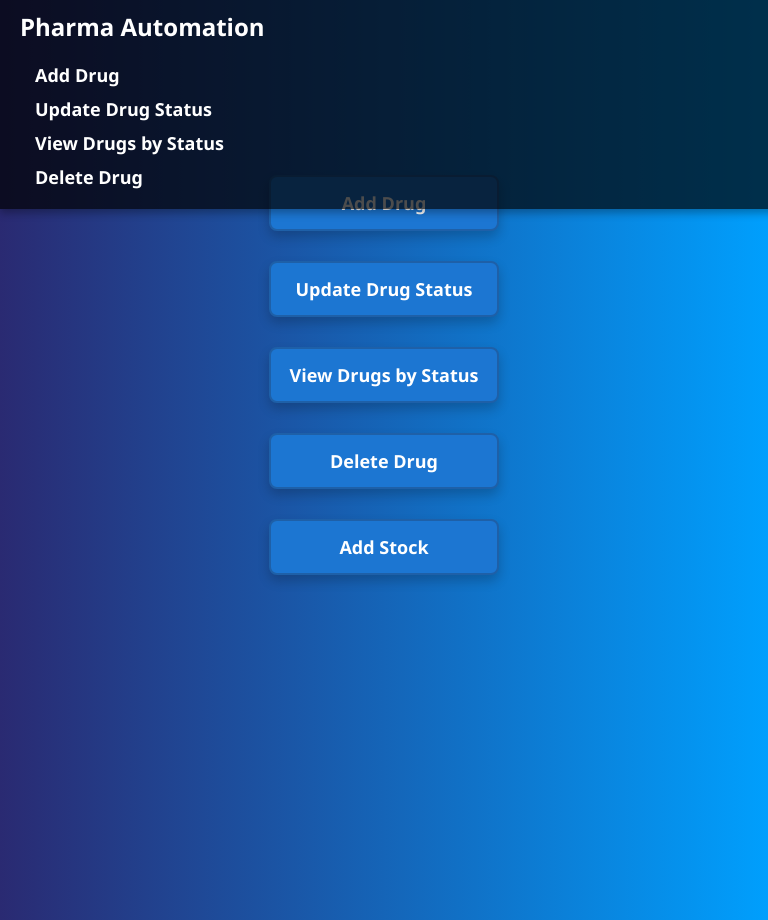
Repository: Clarrieous/Infosys-intern
Page: http://localhost/index
The author's editor kept a copy of each file at every save. The page is drawn from the files as they stood at one save, then again after the next save.
The browser window is 768 px wide. The pictures show the whole page.
The page is this project's Thymeleaf template; nobody is signed in. The template is opened directly, without the code that normally fills it, so the values that code supplies are empty.

Above is the page before, as saved 2024-12-08 12:33:30.

After the next save:
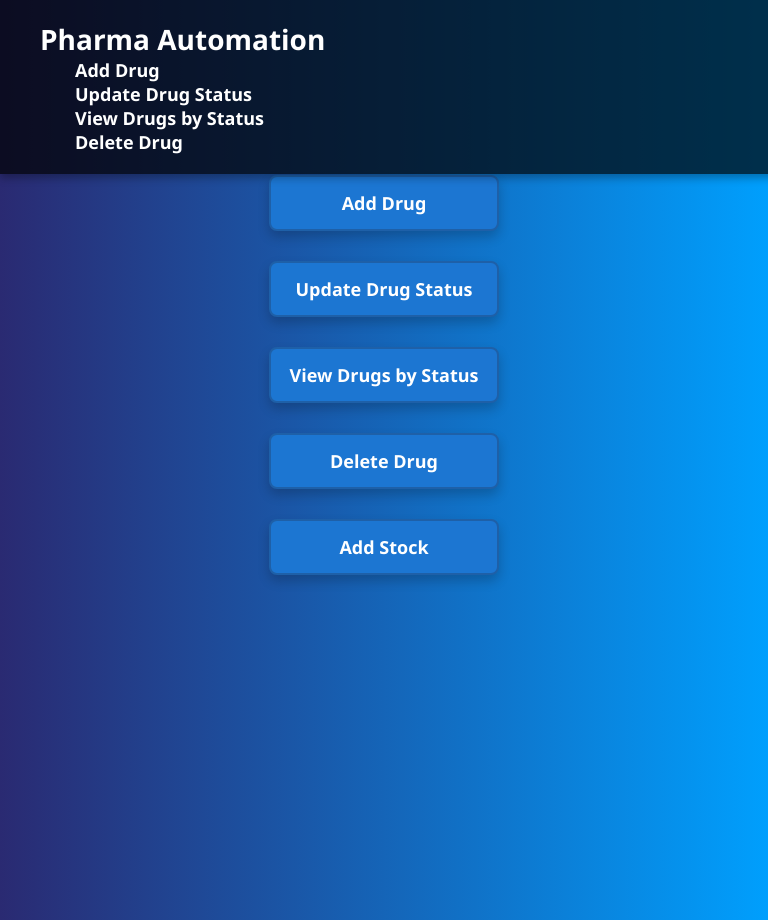
Saved 21 min 47 s later.
--- a/ClientService/src/main/resources/templates/index.html
+++ b/ClientService/src/main/resources/templates/index.html
@@ -99,34 +99,21 @@
             box-shadow: 0 8px 16px rgba(0, 0, 0, 0.3);
         }
 
-        @media (max-width: 768px) {
-            .navbar {
-                flex-direction: column;
-                align-items: flex-start;
-                padding: 10px 20px;
-            }
+		@media (max-width: 768px) {
+		            .navbar {
+		                flex-direction: column;
+		                align-items: flex-start;
+		            }
 
-            .navbar h1 {
-                font-size: 24px;
-                margin-bottom: 10px;
-            }
+		            .navbar ul {
+		                flex-direction: column;
+		            }
 
-            .navbar ul {
-                flex-direction: column;
-                align-items: flex-start;
-                margin-top: 10px;
-            }
-
-            .navbar ul li {
-                margin-left: 0;
-                margin-bottom: 10px;
-            }
-
-            .button-list a {
-                width: 90%;
-                font-size: 18px;
-                padding: 14px;
-            }
+		            .button-list a {
+		                width: 90%;
+		                font-size: 18px;
+		                padding: 14px;
+		            }
         }
     </style>
 </head>
